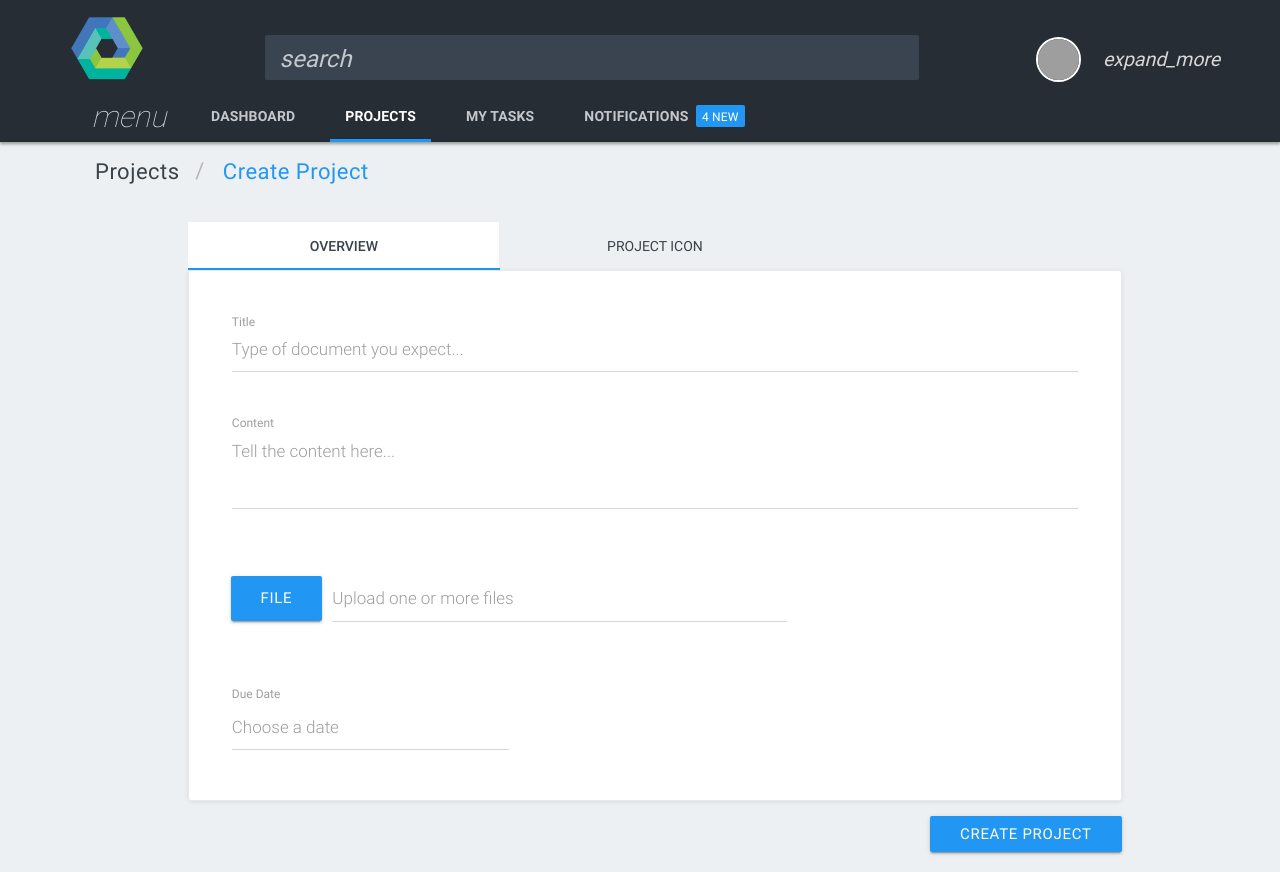
Repository: RenanChagas/ProjectManagement
Page: http://localhost/finalproject/WEB-INF/views/taskCreate.jsp
The author's editor kept a copy of each file at every save. The page is drawn from the files as they stood at one save, then again after the next save.
The browser window is 1280 px wide. The pictures show the whole page.
Pictures or frames that could not be fetched are drawn as grey boxes. The page is served by Tomcat 9. Nobody is signed in. Other server files are loaded and not shown. The template is opened directly, without the code that normally fills it, so the values that code supplies are empty.

Above is the page before, as saved 2017-10-23 01:49:45.

### finalproject/src/main/webapp/WEB-INF/views/taskCreate.jsp
<%@ page language="java" contentType="text/html; charset=ISO-8859-1" pageEncoding="ISO-8859-1"%>
<%@ taglib prefix="c" uri="http://java.sun.com/jsp/jstl/core"%>
<%@ taglib prefix="form" uri="http://www.springframework.org/tags/form"%>
<%@ taglib prefix="t" uri="http://www.springframework.org/tags"%>
<%@ taglib prefix="fmt" uri="http://java.sun.com/jsp/jstl/fmt" %>

<!DOCTYPE html>
<html lang="en">
<head>
  <meta http-equiv="Content-Type" content="text/html; charset=UTF-8"/>
  <meta name="viewport" content="width=device-width, initial-scale=1, maximum-scale=1.0"/>
  <title>Project Management</title>

  <!-- CSS  -->
  <link href="https://fonts.googleapis.com/icon?family=Material+Icons" rel="stylesheet">
  <link type="text/css" rel="stylesheet" media="screen,projection" href="<c:url value='/static/css/materialize.css' />"/>
  <link type="text/css" rel="stylesheet" media="screen,projection" href="<c:url value='/static/css/custom-css.css' />"/>

  <!--  Scripts-->
  <script src="<c:url value="/static/js/jquery-2.1.1.min.js" />"></script>
  <script src="<c:url value="/static/js/materialize.js" />"></script>
  <script src="<c:url value="/static/js/menu.js" />"></script>

  <!-- Website Logo -->
  <link rel="icon" href="<c:url value="/static/images/default/logo.png"/>">

  <script type="text/javascript">
    $(document).ready(function() {

      $('.datepicker').pickadate({
        selectMonths: true, // Creates a dropdown to control month
        selectYears: 15, // Creates a dropdown of 15 years to control year,
        today: 'Today',
        clear: 'Clear',
        close: 'Ok',
        format: 'dd/mm/yyyy',
        closeOnSelect: false // Close upon selecting a date,
      });

      $('#textareaOverview').trigger('autoresize');

    });
  </script>

</head>
<body>

	<!-- NAV TOP  -->
	<nav id="logo_nav" class="MDC-navbar-style MDC-shadow-0 hide-on-small-and-down">
    	<div class="nav-wrapper MDC-nav-margin">
    		<!--  NAV CONTAINER -->
      		<div class="row MDC-nav-top-container ">

        	<!-- Logo -->
        	<div class="col s12 m3 l2">
          		<div class="MDC-nav-logo-position">
          			<img src="<c:url value="/static/images/default/logo.png"/>" class="MDC-nav-logo-size"/>
          		</div>
        	</div>

        	<!-- Search -->
        	<div class="col s12 m7 l7">
          		<div class="MDC-nav-search-position">
            	<form>
              		<div class="input-field">
                		<input id="search" type="search" class="MDC-nav-search-focus" required>
                		<label class="label-icon" for="search"><i class="material-icons MDC-nav-search-focus">search</i></label>
                  		<i class="material-icons MDC-nav-search-focus">close</i>
              		</div>
            	</form>
          		</div>
        	</div>

        	<!-- Avatar -->
        	<div class="col s12 m2 l3">
          		<div class="MDC-nav-account-position">
	            	<!-- Dropdown Trigger -->
	            	<a class="dropdown-button " data-beloworigin="true"
	               		href='#' data-activates='account-dropdown'>
	               		<div class="MDC-nav-account-option-position hide-on-med-and-down">
	                		 <i class="material-icons MDC-icon-small MDC-color-grey-light">expand_more</i>
	               		</div>
	               		<span class="MDC-login-text MDC-nav-account-text-position
	               					MDC-color-grey-light hide-on-med-and-down">
	                 	${user.username}
	               		</span>
	               		<img src="<c:url value="/static/images/avatar/${user.username}/${user.username}.png"/>"
	               				class="MDC-avatar-circle-small mdc-nav-avatar-position"/>
	            	</a>
	            	<!-- Dropdown Structure -->
	            	<ul id='account-dropdown' class='dropdown-content MDC-nav-account-dropdown-position'>
	              		<li><a id="profile" class="modal-trigger MDC-color-grey-dark-2 MDC-font-15" href="profile">Profile</a></li>
	              		<li><a class="MDC-color-grey-dark-2 MDC-font-15" href="#!">Report a Problem</a></li>
	              		<li class="divider"></li>
	              		<li><a class="MDC-color-grey-dark-2 MDC-font-15" href="logout">Logout</a></li>
	            	</ul>
          		</div>
        	</div>

			</div>
			<!--  NAV CONTAINER - END-->
		</div>
	</nav>
	<!-- NAV TOP - END -->

  <!-- NAV MENU  -->
  <div class="MDC-menu-fullWidth">
    <div class="MDC-shadow-bottom">
      <header class="MDC-shadow-bottom">
        <nav id="menu_nav" class="MDC-navbar-menu-size MDC-navbar-style MDC-shadow-0 MDC-nav-margin">
          <div class="nav-wrapper MDC-nav-margin MDC-left">
            <!-- MENU ROW -->
            <div class="row">
              <div class="col">
                <div class="MDC-nav-menu-container">

                  <ul id="nav-mobile" class="MDC-nav-menu-ul left left-align">
                    <a href="#" id="mobile-icon" onclick="openNav()" class="left MDC-padding-mobile-0
                    MDC-hover-none">
                      <i class="material-icons MDC-nav-tabs-icon MDC-color-grey-light">
                        menu
                      </i>
                    </a>
                    <li class="MDC-navbar-menu"><a href="dashboard">Dashboard</a></li>
                    <li class="MDC-navbar-menu"><a class="active MDC-navbar-active" href="projects">Projects</a></li>
                    <li class="MDC-navbar-menu"><a href="#!">My Tasks</a></li>
                    <li class="MDC-navbar-menu"><a  href="#!">Notifications
                      <span class="new badge MDC-notification-badge-style" data-badge-caption="">
                        <font class="MDC-font-weight-400">4 NEW</font>
                      </span>
                      </a>
                    </li>
                  </ul>
                  <div id="mySidenav" class="MDC-sidenav">
                    <a href="javascript:void(0)" class="MDC-closebtn" onclick="closeNav()">x</a>
                    <a href="#">About</a>
                    <a href="#">Services</a>
                    <a href="#">Clients</a>
                    <a href="#">Contact</a>
                  </div>

                </div>
              </div>
            </div>
            <!-- MENU ROW - END -->
          </div>
        </nav>
      </header>
    </div>
  </div>
  <!-- NAV MENU - END -->

<!-- TITLE PAGE -->
<div class="row  MDC-page-center MDC-page-container">
  <div class="col MDC-padding-0 left">
    <div class="MDC-page-title-size">
      <font class="MDC-h5-style MDC-color-grey-dark-2 MDC-display-inline">Projects</font>
      <font class="MDC-h5-style MDC-color-grey-light-2 MDC-display-inline MDC-relative
                   MDC-news-counterBar-position">/
      </font>
      <font class="MDC-h5-style MDC-color-blue MDC-display-inline">Create Project</font>
    </div>
  </div>
</div>
<!-- TITLE PAGE-END-->

<!-- CONTAINER-->
<form:form id="projectCreate-form" method="POST" modelAttribute="project" class="form-horizontal">
<div class="MDC-page-center MDC-page-container MDC-margin-top40">
	<div class="row MDC-float-none">
     	<!-- CONTEUDO -->
        <div class="col l10 MDC-padding-0 MDC-page-center MDC-float-none">
        <!-- TABS -->
        	<ul id="tabs-swipe" class="tabs MDC-tabs-style MDC-background-color">
            	<li class="tab col s4 MDC-background-color-white MDC-display-flex">
                	<a class="active MDC-color-grey-dark-2 breadcrumb" href="#overview-tab">Overview</a>
                </li>
                <li class="tab col s4 MDC-background-color MDC-display-flex">
                    <a class="MDC-color-grey-dark-2 breadcrumb" href="#chooseIcon-tab">Project Icon</a>
                </li>
			</ul>
            <!-- TABS-END -->
            <!-- OVERVIEW TAB -->
           	<div id="overview-tab">
            	<!-- CARD TAB -->
              	<div class="col s12 MDC-card">
                	<div class="MDC-card-news-container">
                		<!-- Title -->
                        <div class="row MDC-margin-top40">
                           	<div class="input-field col s12">
                            	<form:input id="input_text" placeholder="Type of document you expect..." type="text"
                                	path="projectName" data-length="20" class="MDC-border-grey-light MDC-font-17 MDC-color-grey-dark-2
                                   										MDC-font-weight-300"/>
                                <label for="input_text">Title</label>
                           </div>
                        </div>
                        <!-- Title-END-->
                        <!-- Description -->
                        <div class="row MDC-margin-bottom40">
                        	<div class="input-field col s12">
                             	<form:textarea id="textareaOverview" placeholder="Tell the content here..."
                                	path="projectDesc"	class="materialize-textarea MDC-border-grey-light MDC-font-17 MDC-color-black
                                						MDC-font-weight-300"/>
                         		<label for="textareaOverview">Content</label>
                            </div>
                        </div>
                        <!-- Description-END-->
                        <!-- File Upload -->
                        <div class="file-field input-field MDC-margin-bottom40 MDC-margin-left10">
                        	<div class="btn waves-light blue MDC-form-text">
                            	<span>File</span>
                                <input type="file" multiple>
                            </div>
                            <div class="file-path-wrapper">
	                            <input class="file-path validate MDC-border-grey-light MDC-font-17 MDC-color-grey-dark-2
	                            	MDC-font-weight-300 MDC-maxSize-60perc"
	                            	type="text" placeholder="Upload one or more files">
                           	</div>
                    	</div>
                    	<!-- File Upload-END-->
                    	<!-- Due date -->
                        <div class="row MDC-margin-bottom30">
	                        <div class="col MDC-maxSize-300">
	                        	<label for="datepicker1">Due Date</label>
	                        		<form:input id="datepicker1" type="date" path="dueDate"
                                		placeholder="Choose a date" class="datepicker MDC-border-grey-light
                                		MDC-font-17 MDC-color-grey-dark-2 MDC-font-weight-300" />
	                        </div>
                        </div>
                        <!-- Due date-END-->
                	</div>
                </div>
                <!-- CARD TAB-END-->
			</div>
            <!-- OVERVIEW TAB-END -->

            <!-- CHOOSE ICON TAB -->
            <div id="chooseIcon-tab">
            	<!-- CARD TAB -->
                <div class="col s12 MDC-card">
                	<!-- CONTAINER -->
                	<div class="MDC-card-news-container MDC-margin-top40">
                    	<!-- CENTER ALIGN -->
                        <div class="MDC-center">
                        	<!-- ORANGE -->
                            <div class="row">
                            	<!-- IMAGE 1 -->
                                <div class="col MDC-margin-bottom30 MDC-margin-right20 MDC-margin-left20">
                                	<!-- Image -->
                                    <div class="center MDC-margin-top20">
                                    	<img src="<c:url value="/static/images/default/projects/web.png"/>"
                                 			class="MDC-avatar-circle-large MDC-shadow-default"/>
                    				</div>
                                    <div class="center MDC-margin-top20 MDC-projectIcon-radio-position">
                                    	<form:radiobutton path="icon" value="web" label="" class="with-gap" checked="checked"
                                    		name="projectIcon"/>
                                   	</div>
                           		</div>
                               	<!-- IMAGE 1-END-->
                               	<!-- IMAGE 2 -->
                                <div class="col MDC-margin-bottom30 MDC-margin-right20 MDC-margin-left20">
                                	<!-- Image -->
                                    <div class="center MDC-margin-top20">
                                    	<img src="<c:url value="/static/images/default/projects/presentation.png"/>"
                                        	class="MDC-avatar-circle-large MDC-shadow-default"/>
                                    </div>
                                    <div class="center MDC-margin-top20 MDC-projectIcon-radio-position">
                                    	<form:radiobutton path="icon" value="presentation" label="" class="with-gap" name="projectIcon"/>
                                    </div>
                           		</div>
                                <!-- IMAGE 2-END-->
                                <!-- IMAGE 3 -->
                                <div class="col MDC-margin-bottom30 MDC-margin-right20 MDC-margin-left20">
                                	<!-- Image -->
                                    <div class="center MDC-margin-top20">
                                    	<img src="<c:url value="/static/images/default/projects/monitor.png"/>"
                                        	class="MDC-avatar-circle-large MDC-shadow-default"/>
                                    </div>
                                    <div class="center MDC-margin-top20 MDC-projectIcon-radio-position">
                                    	<form:radiobutton path="icon" value="monitor" label="" class="with-gap" name="projectIcon"/>
                                    </div>
                           		</div>
                                <!-- IMAGE 3-END-->
                      		</div>
                      		<!-- ORANGE-END-->
                        </div>
                        <!-- CENTER ALIGN-END -->
                        <!-- CENTER ALIGN -->
                        <div class="MDC-center">
                        	<!-- BLUE -->
                            <div class="row">
                            	<!-- IMAGE 1 -->
                                <div class="col MDC-margin-bottom30 MDC-margin-right20 MDC-margin-left20">
                                	<!-- Image -->
                                    <div class="center MDC-margin-top20">
                                    	<img src="<c:url value="/static/images/default/projects/diagram.png"/>"
                                 			class="MDC-avatar-circle-large MDC-shadow-default"/>
                    				</div>
                                    <div class="center MDC-margin-top20 MDC-projectIcon-radio-position">
                                    	<form:radiobutton path="icon" value="diagram" label="" class="with-gap" name="projectIcon"/>
                                   	</div>
                           		</div>
                               	<!-- IMAGE 1-END-->
                               	<!-- IMAGE 2 -->
                                <div class="col MDC-margin-bottom30 MDC-margin-right20 MDC-margin-left20">
                                	<!-- Image -->
                                    <div class="center MDC-margin-top20">
                                    	<img src="<c:url value="/static/images/default/projects/checklist.png"/>"
                                        	class="MDC-avatar-circle-large MDC-shadow-default"/>
                                    </div>
                                    <div class="center MDC-margin-top20 MDC-projectIcon-radio-position">
                                    	<form:radiobutton path="icon" value="checklist" label="" class="with-gap" name="projectIcon"/>
                                    </div>
                           		</div>
                                <!-- IMAGE 2-END-->
                                <!-- IMAGE 3 -->
                                <div class="col MDC-margin-bottom30 MDC-margin-right20 MDC-margin-left20">
                                	<!-- Image -->
                                    <div class="center MDC-margin-top20">
                                    	<img src="<c:url value="/static/images/default/projects/checklist-2.png"/>"
                                        	class="MDC-avatar-circle-large MDC-shadow-default"/>
                                    </div>
                                    <div class="center MDC-margin-top20 MDC-projectIcon-radio-position">
                                    	<form:radiobutton path="icon" value="checklist-2" label="" class="with-gap" name="projectIcon"/>
                                    </div>
                           		</div>
                                <!-- IMAGE 3-END-->
                      		</div>
                      		<!-- BLUE-END-->
                        </div>
                        <!-- CENTER ALIGN-END -->
                        <!-- CENTER ALIGN -->
                        <div class="MDC-center">
                        	<!-- GREEN -->
                            <div class="row">
                            	<!-- IMAGE 1 -->
                                <div class="col MDC-margin-bottom30 MDC-margin-right20 MDC-margin-left20">
                                	<!-- Image -->
                                    <div class="center MDC-margin-top20">
                                    	<img src="<c:url value="/static/images/default/projects/document.png"/>"
                                 			class="MDC-avatar-circle-large MDC-shadow-default"/>
                    				</div>
                                    <div class="center MDC-margin-top20 MDC-projectIcon-radio-position">
                                    	<form:radiobutton path="icon" value="document" label="" class="with-gap" name="projectIcon"/>
                                   	</div>
                           		</div>
                               	<!-- IMAGE 1-END-->
                               	<!-- IMAGE 2 -->
                                <div class="col MDC-margin-bottom30 MDC-margin-right20 MDC-margin-left20">
                                	<!-- Image -->
                                    <div class="center MDC-margin-top20">
                                    	<img src="<c:url value="/static/images/default/projects/browser.png"/>"
                                        	class="MDC-avatar-circle-large MDC-shadow-default"/>
                                    </div>
                                    <div class="center MDC-margin-top20 MDC-projectIcon-radio-position">
                                    	<form:radiobutton path="icon" value="browser" label="" class="with-gap" name="projectIcon"/>
                                    </div>
                           		</div>
                                <!-- IMAGE 2-END-->
                                <!-- IMAGE 3 -->
                                <div class="col MDC-margin-bottom30 MDC-margin-right20 MDC-margin-left20">
                                	<!-- Image -->
                                    <div class="center MDC-margin-top20">
                                    	<img src="<c:url value="/static/images/default/projects/computer.png"/>"
                                        	class="MDC-avatar-circle-large MDC-shadow-default"/>
                                    </div>
                                    <div class="center MDC-margin-top20 MDC-projectIcon-radio-position">
                                    	<form:radiobutton path="icon" value="computer" label="" class="with-gap" name="projectIcon"/>
                                    </div>
                           		</div>
                                <!-- IMAGE 3-END-->
                      		</div>
                      		<!-- GREEN-END-->
                        </div>
                        <!-- CENTER ALIGN-END -->
					</div>
					<!-- CONTAINER-END -->
				</div>
				<!-- CARD TAB-END-->
			</div>
			<button id="salvar" type="submit" class="btn waves-effect waves-light
	        blue MDC-form-text right" name="action">
	        Create Project
	        </button>
            <!-- CHOOSE ICON TAB-END-->
        </div>
        <!-- CONTEUDO -->
	</div>
</div>
</form:form>

</body>
</html>

Loaded but not shown: finalproject/src/main/webapp/static/css/materialize.css (library); finalproject/src/main/webapp/static/js/jquery-2.1.1.min.js (library); finalproject/src/main/webapp/static/js/materialize.js (library); finalproject/src/main/webapp/static/js/menu.js (49 lines, source omitted); finalproject/src/main/webapp/static/css/custom-css.css (1593 lines, source omitted)

After the next save:
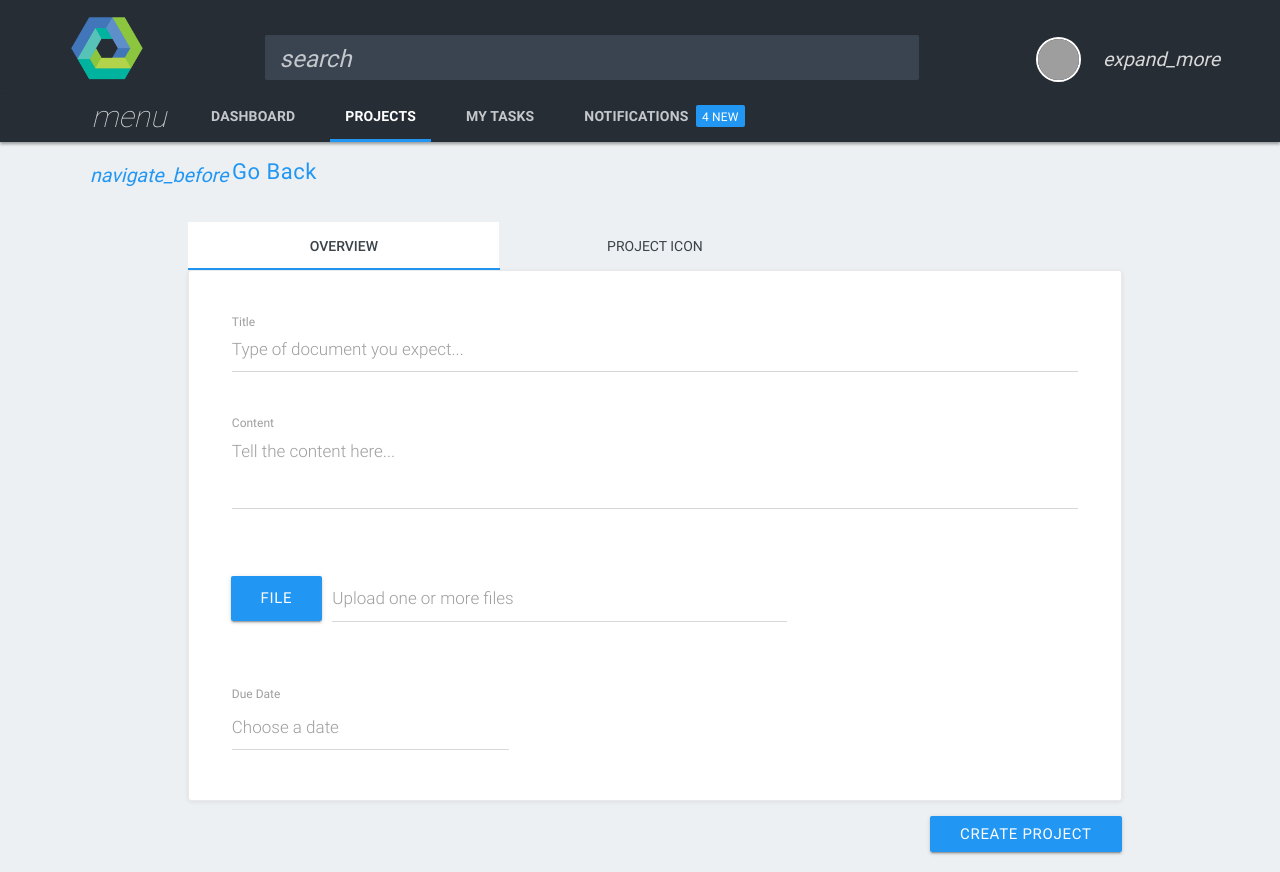
Saved 4 min 35 s later.
--- a/finalproject/src/main/webapp/WEB-INF/views/taskCreate.jsp
+++ b/finalproject/src/main/webapp/WEB-INF/views/taskCreate.jsp
@@ -154,11 +154,9 @@
 <div class="row  MDC-page-center MDC-page-container">
   <div class="col MDC-padding-0 left">
     <div class="MDC-page-title-size">
-      <font class="MDC-h5-style MDC-color-grey-dark-2 MDC-display-inline">Projects</font>
-      <font class="MDC-h5-style MDC-color-grey-light-2 MDC-display-inline MDC-relative
-                   MDC-news-counterBar-position">/
-      </font>
-      <font class="MDC-h5-style MDC-color-blue MDC-display-inline">Create Project</font>
+      <i class="material-icons MDC-icon-small MDC-color-blue
+                  MDC-news-navigateBefore-icon-position MDC-relative">navigate_before</i>
+        <font class="MDC-h5-style MDC-color-blue MDC-display-inline">Go Back</font>
     </div>
   </div>
 </div>
